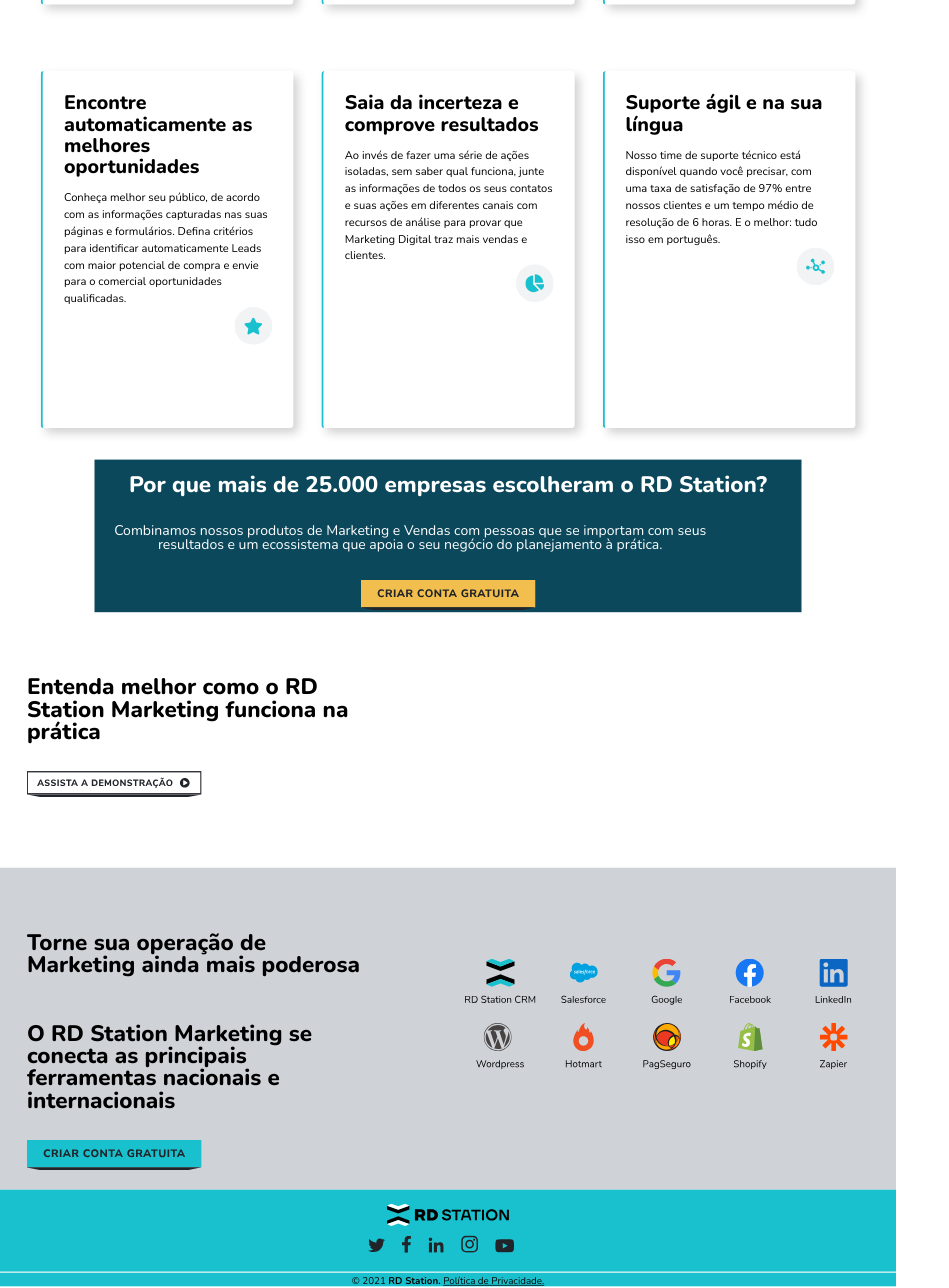
Repository: LarisseLima/rd
Page: index.html
An editor plug-in stored every save of this project. The page is shown before and after the next save, followed by the edit.
The browser window is 1280 px wide. The page is 1356 px wide, so the pictures cover 1356 px, including what lies to the right of the window. The pictures show the part of the page from y = 2971 to 4811 px (the page is 4811 px tall), at 70% of full size.
Pictures or frames that could not be fetched are drawn as grey boxes.

Above is the page before, as saved 2021-07-27 14:13:09.

After the next save:
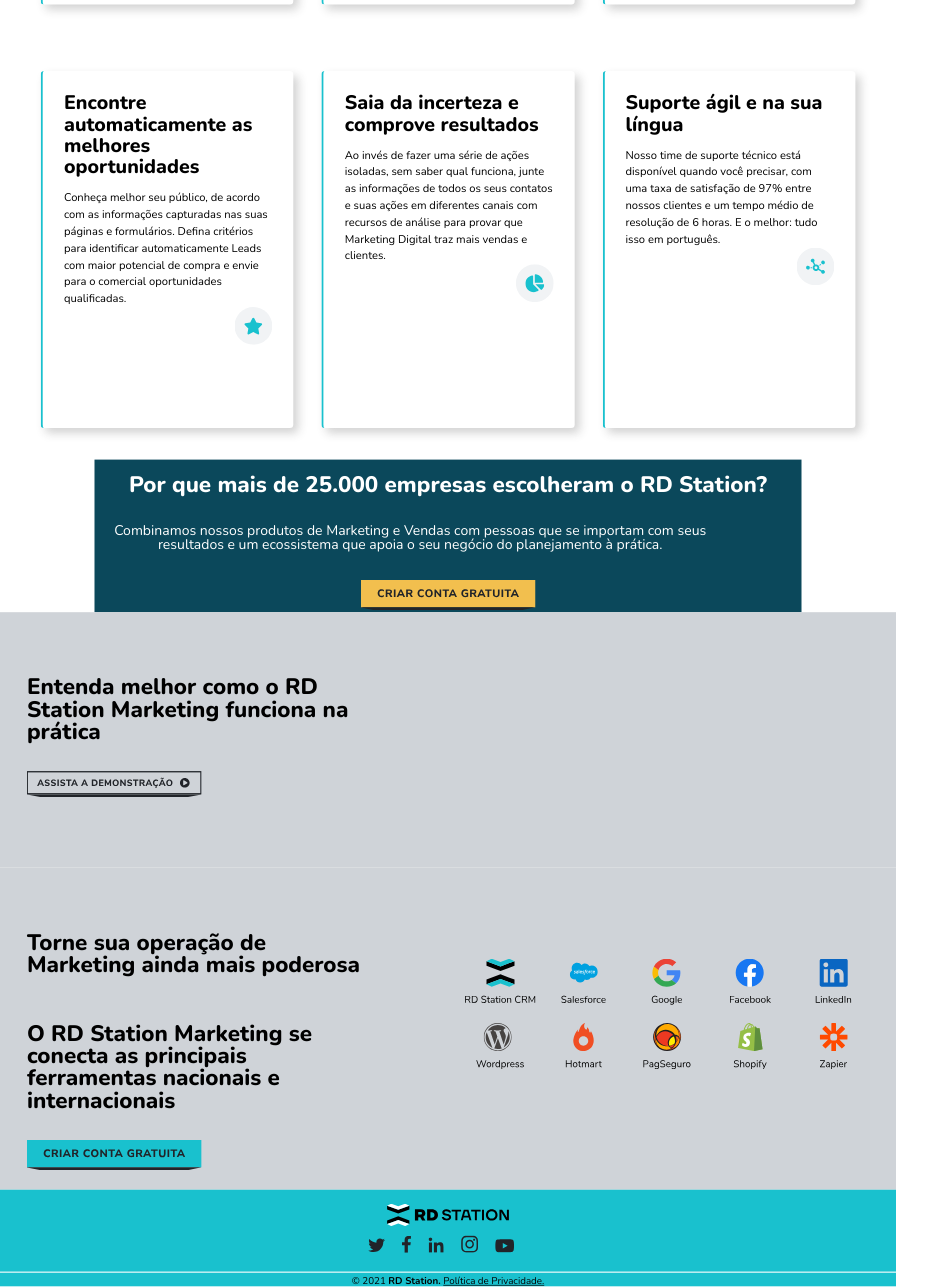
Saved 12 s later.
--- a/css/style.css
+++ b/css/style.css
@@ -401,6 +401,7 @@
 }
 
 .section_video {
+  background-color: var(--lighterGray);
   padding: 25px 0;
 }
 .section_video_about_title {
